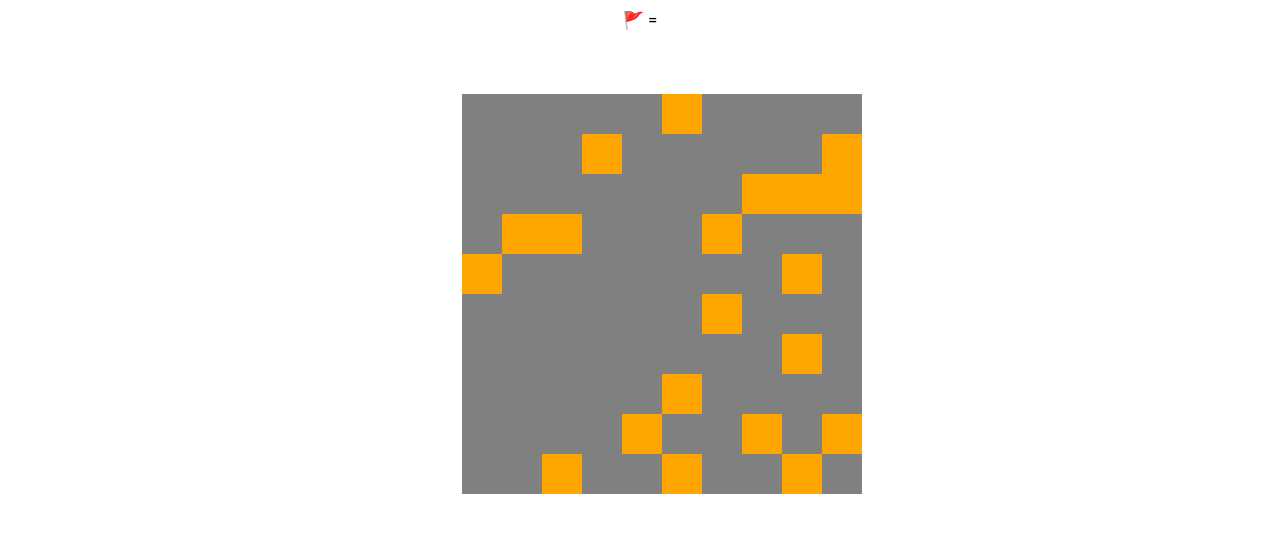
Repository: issaRan/MineSweeper
Page: html/index.html
The author's editor kept a copy of each file at every save. The page is drawn from the files as they stood at one save, then again after the next save.
The browser window is 1280 px wide. The pictures show the whole page.

Above is the page before, as saved 2020-10-23 16:00:32.

After the next save:
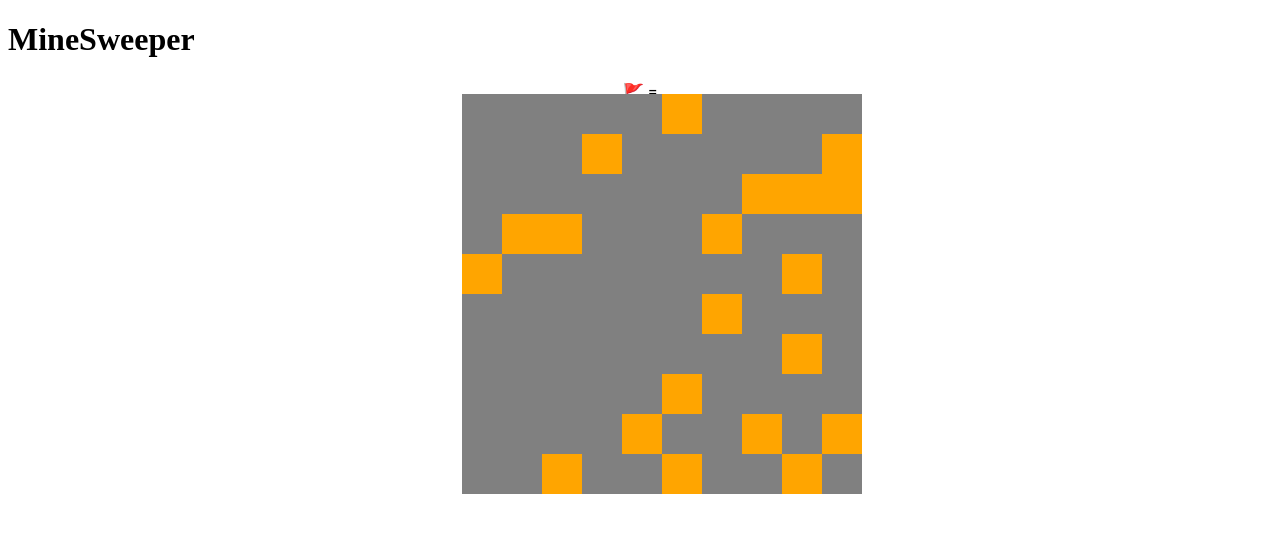
Saved 25 s later.
--- a/html/index.html
+++ b/html/index.html
@@ -8,6 +8,7 @@
     <script src="../js/index.js" charset="utf-8"></script>
 </head>
 <body>
+  <h1>MineSweeper</h1>
   <div class="flags">🚩 = </div>
   <div class="grid"></div>
 </body>
